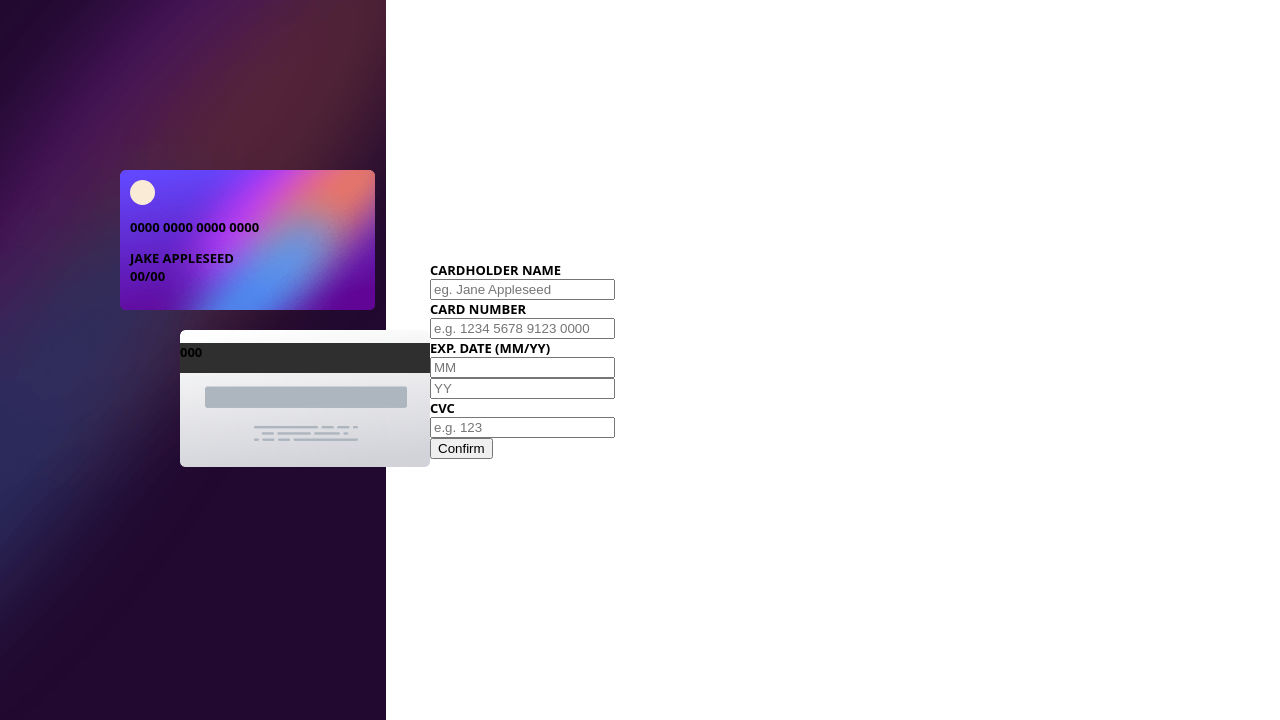
Repository: Celebration-cloud/my-project
Page: interactive-card-details-form-main/index.html
The author's editor kept a copy of each file at every save. The page is drawn from the files as they stood at one save, then again after the next save.
The browser window is 1280 px wide. The pictures show the whole page.

Above is the page before, as saved 2023-08-23 00:40:18.

### interactive-card-details-form-main/index.html
<!DOCTYPE html>
<html lang="en">
<head>
  <meta charset="UTF-8">
  <meta name="viewport" content="width=device-width, initial-scale=1.0"> <!-- displays site properly based on user's device -->

  <link rel="icon" type="image/png" sizes="32x32" href="./images/favicon-32x32.png">
  <link rel="stylesheet" href="index.css">

  <title>Frontend Mentor | Interactive card details form</title>

  <!-- Feel free to remove these styles or customise in your own stylesheet 👍 -->
  <style>
    .attribution { font-size: 11px; text-align: center; }
    .attribution a { color: hsl(228, 45%, 44%); }
  </style>
</head>
<body>
  <div class="container">
    <section id="section-a" class="section-a">
      <div id="card">
        <div id="profile"></div><span class="detail"></span>
        <p id="card-number">0000 0000 0000 0000</p>
        <div id="others">
          <div id="card-name">JAKE APPLESEED</div>
          <div id="exp-date">00/00</div>
        </div>
      </div>
      <div id="card-back">
        <p id="cvc-digit">000</p>
      </div>

    </section>
    <!-- Add your site or application content here -->
    <!-- Card Details Form Section-->
    <section id="section-b" class="section-b">
      <form action="">
        <label for="name" id="cardholder-numeber-label">CARDHOLDER NAME</label><br/>
        <input name="name" id="cardholder-numeber-input" aria-required="false" placeholder="eg. Jane Appleseed" required/><br/>
        <label for="card-number" id="card-number-label">CARD NUMBER</label><br/>
        <input name="card-number" id="card-number-input" type="tel" aria-required="false" placeholder="e.g. 1234 5678 9123 0000" required/><br/>
        <label for="expire-date" id="expire-date-label">EXP. DATE (MM/YY)</label><br/>
        <input name="expire-date" id="expire-date" type="tel" aria-required="false" placeholder="MM" required/><br/>
        <input name="expire-date" id="expire-date2" type="tel" aria-required="false" placeholder="YY" required/><br/>
        <label for="cvc" id="cvc-label">CVC</label><br/>
        <input name="cvc" aria-required="false" id="cvc" type="tel" placeholder="e.g. 123" required/><br/>
        <button type="submit">Confirm</button>
      </form>

    </section>
  </div>

  <!-- 0000 0000 0000 0000
  00/00

  000

  Cardholder Name
  e.g. Jane Appleseed

  Card Number
  e.g. 1234 5678 9123 0000

  Exp. Date (MM/YY)
  MM
  YY

  CVC
  e.g. 123

  Confirm -->

  <!-- Completed state start -->

  <!-- Thank you!
  We've added your card details
  Continue -->

  <!-- <div class="attribution">
    Challenge by <a href="https://www.frontendmentor.io?ref=challenge" target="_blank">Frontend Mentor</a>.
    Coded by <a href="#">Your Name Here</a>.
  </div> -->
</body>
</html>

### interactive-card-details-form-main/index.css
body{
    font-family: system-ui, -apple-system, BlinkMacSystemFont, 'Segoe UI', Roboto, Oxygen, Ubuntu, Cantarell, 'Open Sans', 'Helvetica Neue', sans-serif;
    font-weight: bolder;
    font-size: small;
    margin: 0;
    -webkit-user-select: none;
    user-select: none;
    padding: 0;
    background-image: url(images/bg-main-desktop.png);
    background-repeat: no-repeat;
    background-size: contain;
    height: 100%;
}
.container{
    display: flex;
    height: 100vh;
    gap: ;
}
#section-a{
    align-self: center;
    width: 50%;
    gap: 20px;
    display: flex;
    flex-direction: column;

}
#card{
    background-image: url(images/bg-card-front.png);
    background-repeat: no-repeat;
    background-size: contain;
    width: 290px;
    height: 120px;
    border-radius: 5px;
    padding: 10px;
    margin-left: 120px;
    display: flex;
    flex-direction: column;
}
#profile{
    width: 25px;
    height: 25px;
    background-color: antiquewhite;
    border-radius: 100%;
}
#card-number{

}
#others{

}
#exp-date{

}
#card-back{
    background-image: url(images/bg-card-back.png);
    background-repeat: no-repeat;
    background-size: contain;
    width: 250px;
    height: 220px;
    border-radius: 5px;
    align-self: flex-end;
}
#cvc-digit{

}
#section-b{
    align-self: center;
    width: 100%;
}

After the next save:
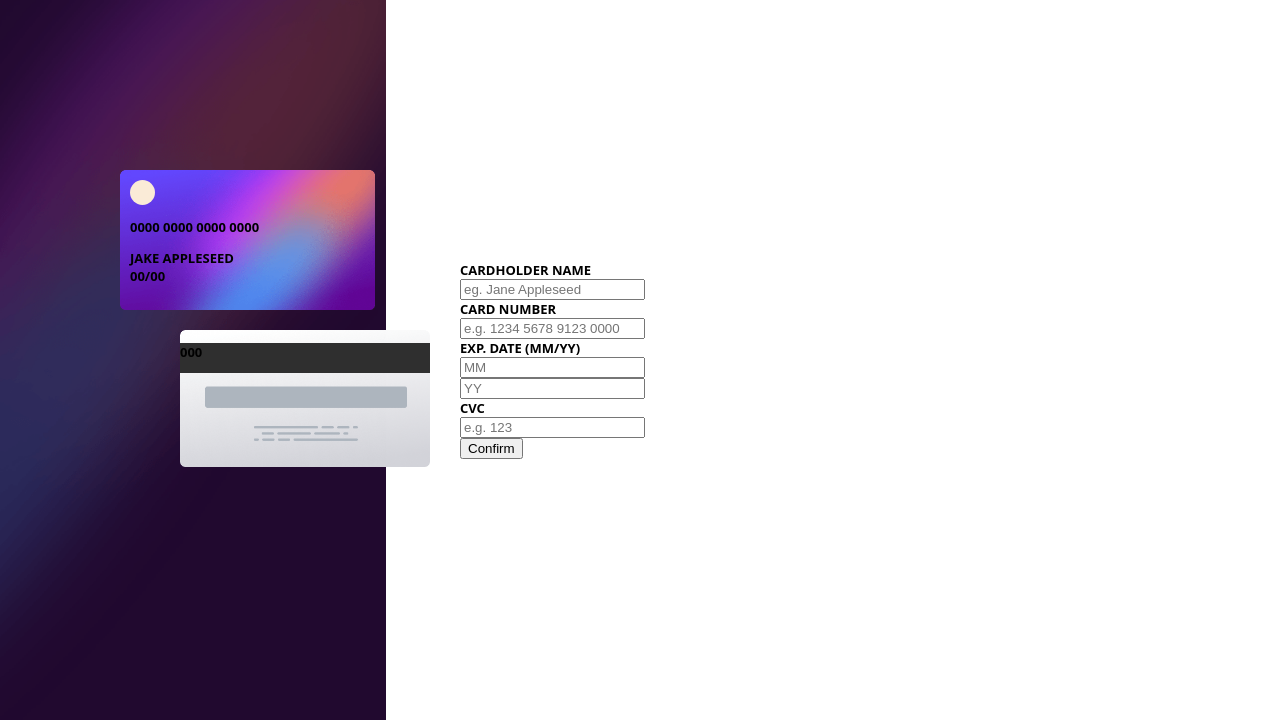
Saved 4 s later.
--- a/interactive-card-details-form-main/index.css
+++ b/interactive-card-details-form-main/index.css
@@ -14,7 +14,7 @@ body{
 .container{
     display: flex;
     height: 100vh;
-    gap: ;
+    gap: 30px;
 }
 #section-a{
     align-self: center;
